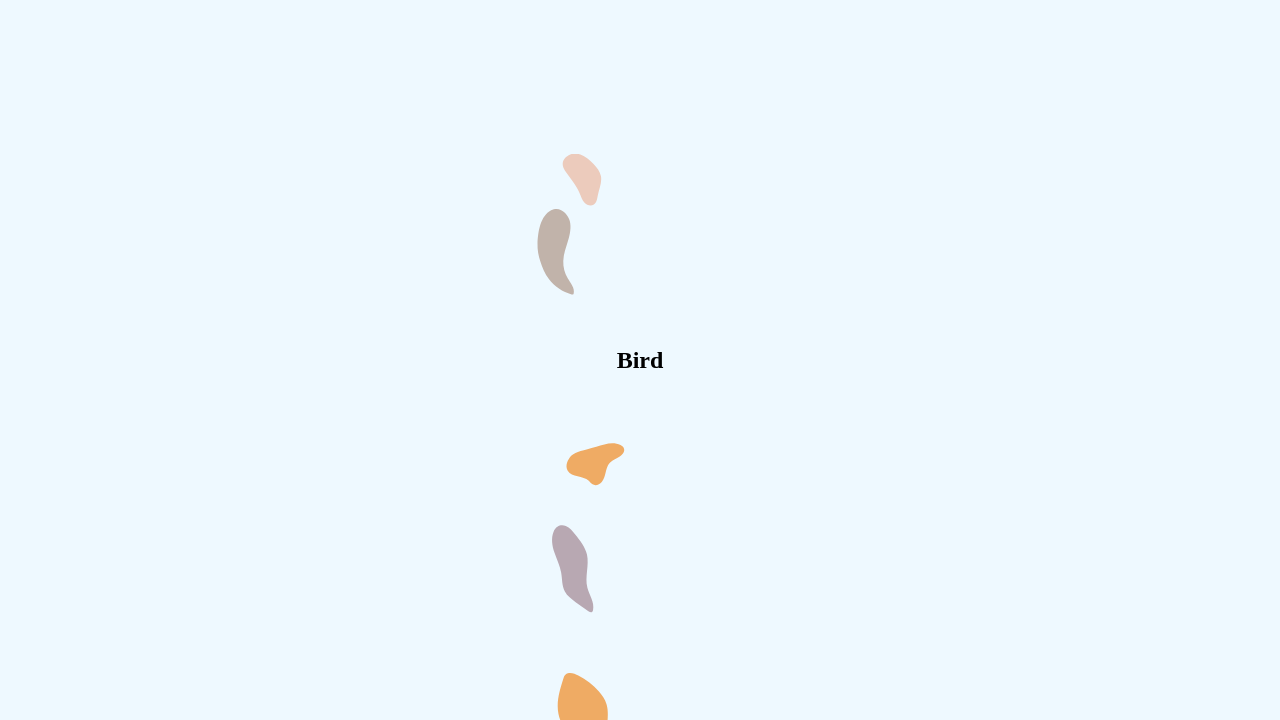
Repository: sebastiann88/svg-animals
Page: index.html
These files come from the project's save history. The page is drawn as it stood at one moment and after the next save; the edit follows.
The browser window is 1280 px wide. The pictures show the window.
A layer covers the whole window, so only the first screen is drawn.

Above is the page before, as saved 2024-09-05 03:44:03.

After the next save:
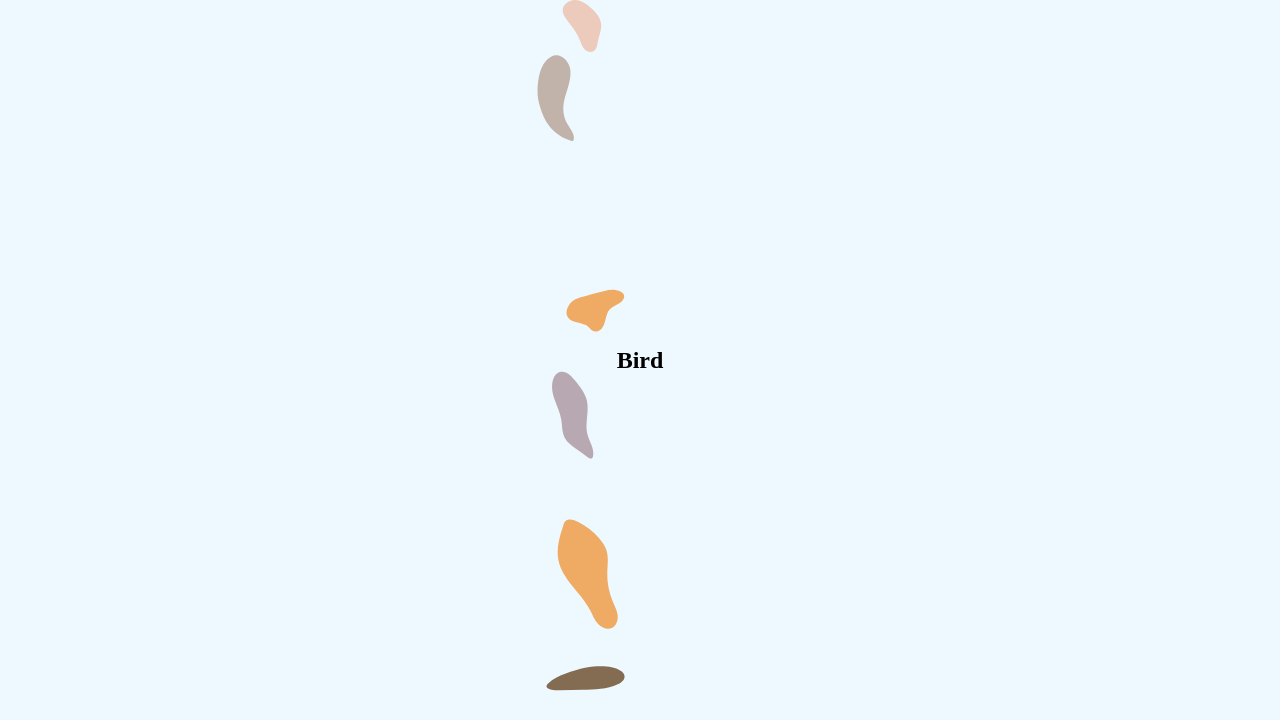
Saved 7 s later.
--- a/css/style.css
+++ b/css/style.css
@@ -18,7 +18,6 @@ svg {
 	display: inline-block;
 	height: 100%;
 	width: 100%;
-	padding-top: 12%;
 }
 
 .st0 {
